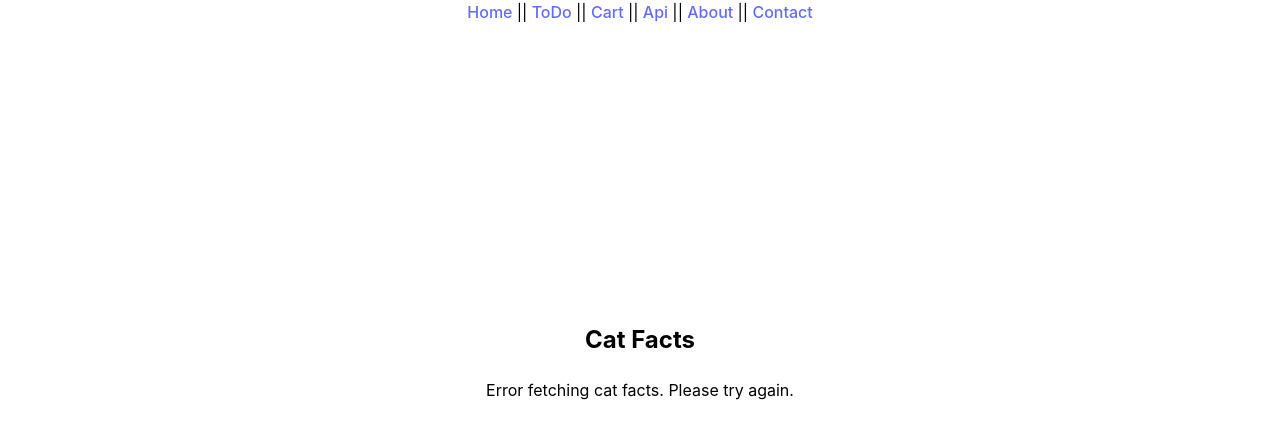
Repository: Irfan-vit/irfan_ambula
Page: /api
These files come from the project's save history. The page is drawn as it stood at one moment and after the next save; the edit follows.
The browser window is 1280 px wide. The pictures show the whole page.
The page's requests for data from a server got no answer. The project was rebuilt for these pictures with package versions that can differ from the ones it lists, and the page was loaded fresh each time. No one was signed in, and anything a server would have sent is missing. Also part of the build but not shown: vite.config.ts, src/pages/about/About.tsx, src/pages/contact/Contact.tsx, src/pages/home/Home.tsx, src/pages/shoppingCart/ShoppingCart.tsx, src/pages/toDo/ToDo.tsx.

Above is the page before, as saved 2023-12-18 18:07:43.

After the next save:
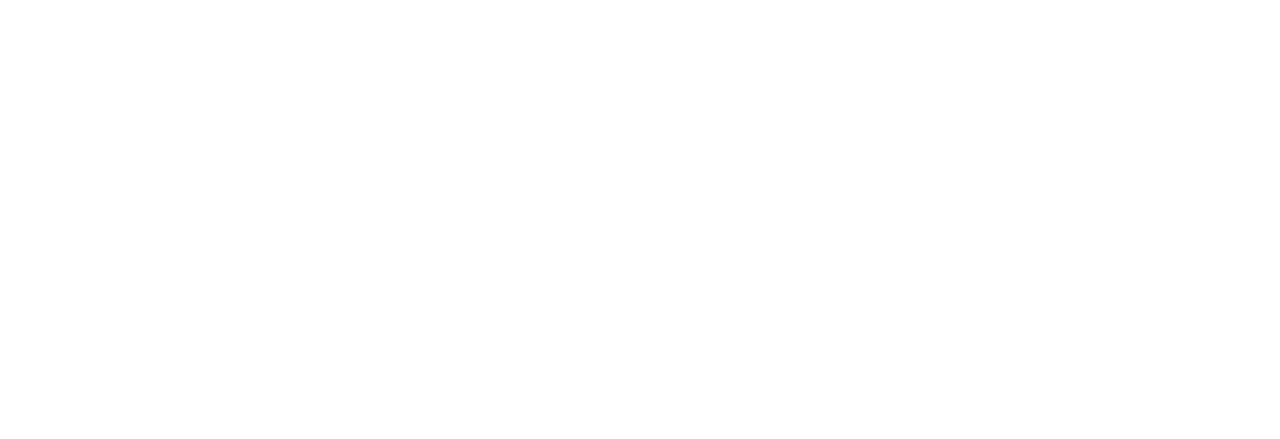
Console error: ReferenceError: useStatestring is not defined
Saved 10 s later.
--- a/src/pages/apiView/ApiFetchView.tsx
+++ b/src/pages/apiView/ApiFetchView.tsx
@@ -7,7 +7,7 @@
 const ApiFetchView: React.FC = () => {
     const [catFacts, setCatFacts] = useState<CatFacts | null>(null);
     const [loading, setLoading] = useState<boolean>(true);
-    const [error, setError] = useState(null);
+    const [error, setError] = useStatestring | null > (null);
 
     useEffect(() => {
         // Create an AbortController for canceling the fetch

After the save that followed:
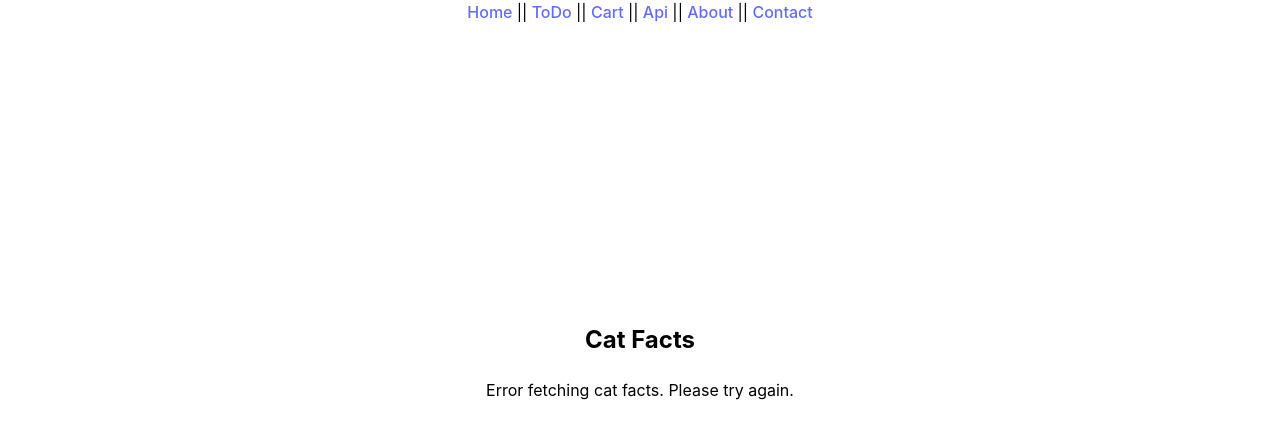
The error is gone.
Saved 4 s later.
--- a/src/pages/apiView/ApiFetchView.tsx
+++ b/src/pages/apiView/ApiFetchView.tsx
@@ -7,7 +7,7 @@
 const ApiFetchView: React.FC = () => {
     const [catFacts, setCatFacts] = useState<CatFacts | null>(null);
     const [loading, setLoading] = useState<boolean>(true);
-    const [error, setError] = useStatestring | null > (null);
+    const [error, setError] = useState<string | null>(null);
 
     useEffect(() => {
         // Create an AbortController for canceling the fetch
